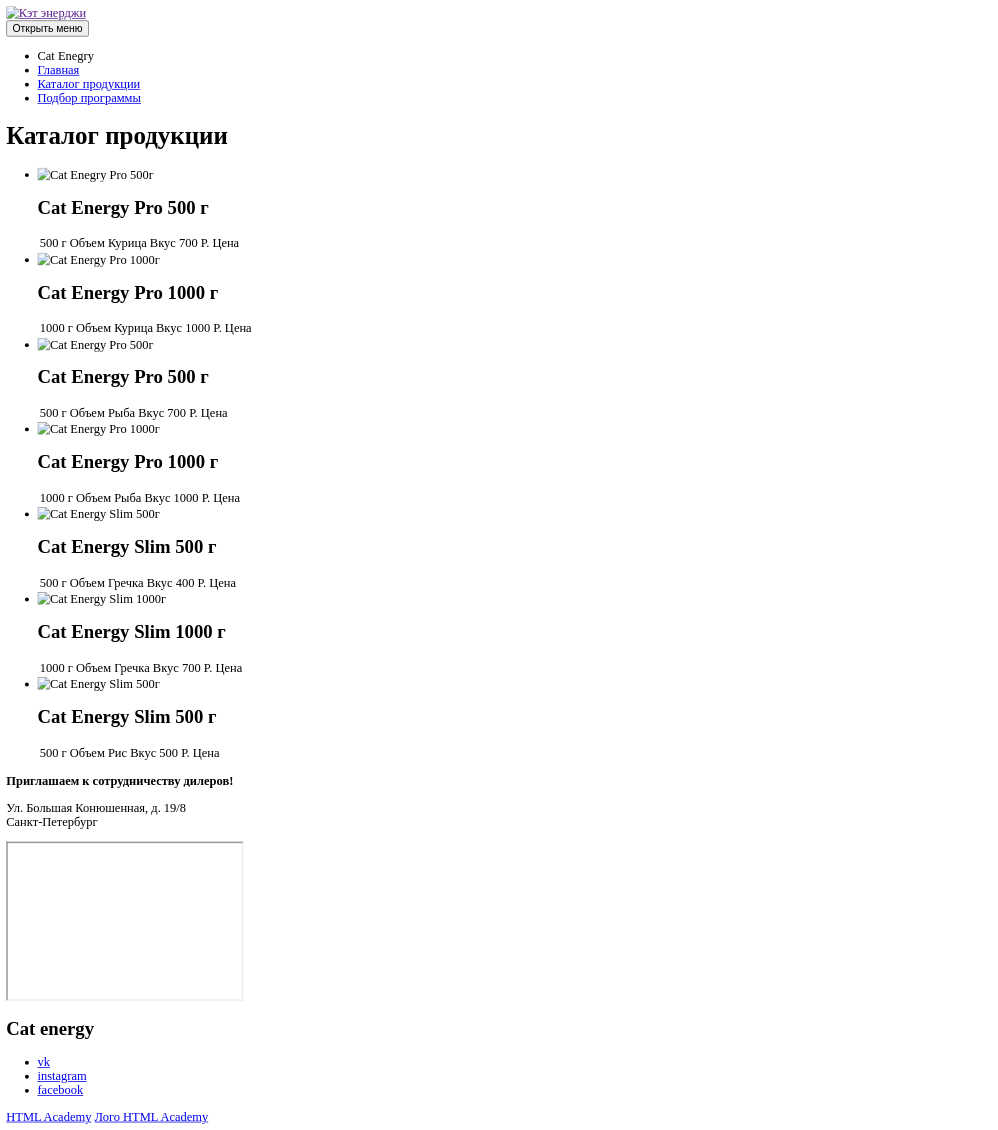
Repository: infernotw/1054987-cat-energy-17
Page: source/catalog.html
An editor plug-in stored every save of this project. The page is shown before and after the next save, followed by the edit.
The browser window is 1280 px wide. The pictures show the whole page, at 78% of full size.

Above is the page before, as saved 2019-07-17 05:22:53.

After the next save:
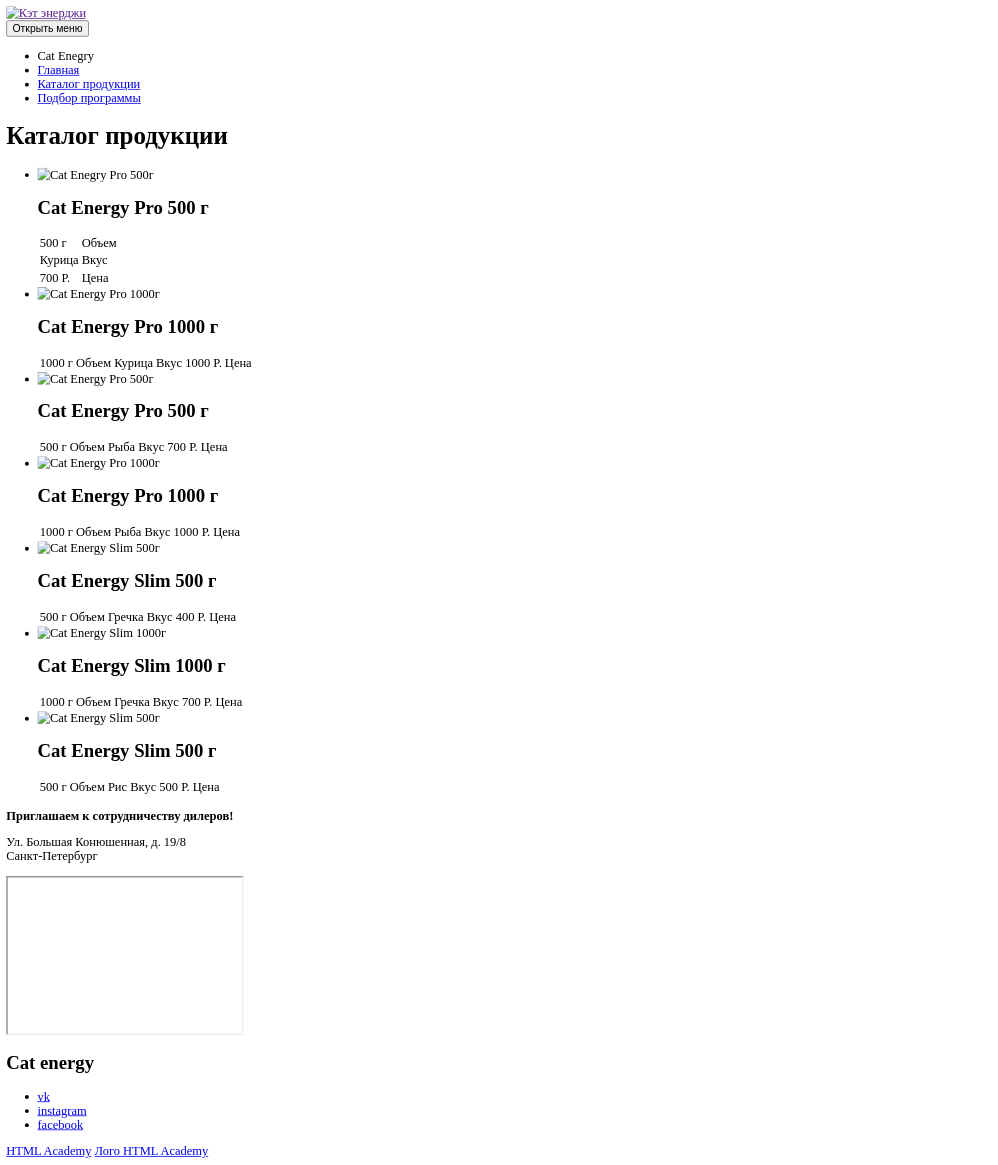
Saved 3 min 44 s later.
--- a/source/catalog.html
+++ b/source/catalog.html
@@ -45,10 +45,12 @@
               <tr>
                 <td class="catalog__value">500 г</td>
                 <td class="catalog__field">Объем</td>
-                <td class="catalog__value">Курица</td>
-                <td class=" catalog__field">Вкус</td>
-                <td class="catalog__value">700 Р.</td>
-                <td class=" catalog__field">Цена</td>
+              </tr>
+              <td class="catalog__value">Курица</td>
+              <td class=" catalog__field">Вкус</td>
+              </tr>
+              <td class="catalog__value">700 Р.</td>
+              <td class=" catalog__field">Цена</td>
               </tr>
             </table>
           </li>
